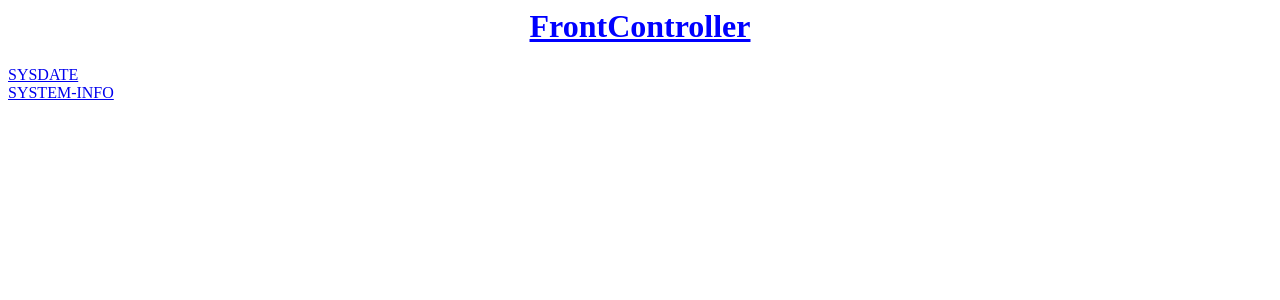
Repository: MDWASIMHAIDER/SpringMvc
Page: Ntsp711/MVC-Proj-1st-FrontController-Handler/WebContent/Index.html
An editor plug-in stored every save of this project. The page is shown before and after the next save, followed by the edit.
The browser window is 1280 px wide. The pictures show the whole page.

Above is the page before, as saved 2019-06-30 11:49:34.

After the next save:
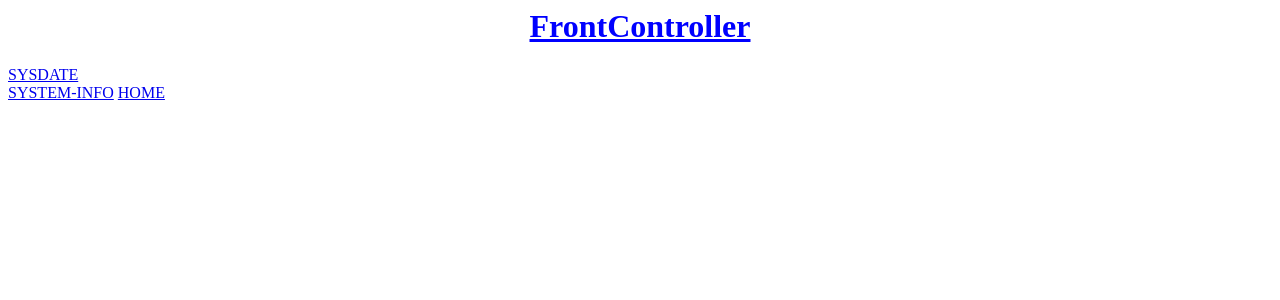
Saved 30 s later.
--- a/Ntsp711/MVC-Proj-1st-FrontController-Handler/WebContent/Index.html
+++ b/Ntsp711/MVC-Proj-1st-FrontController-Handler/WebContent/Index.html
@@ -1,3 +1,4 @@
 <h1 style="color:blue;text-align:center"><u>FrontController</u></h1>
 <a href="SytemDate.jsp">SYSDATE</a><br>
 <a href="SystemInfo.jsp">SYSTEM-INFO</a>
+<a href="Index.html">HOME</a>
